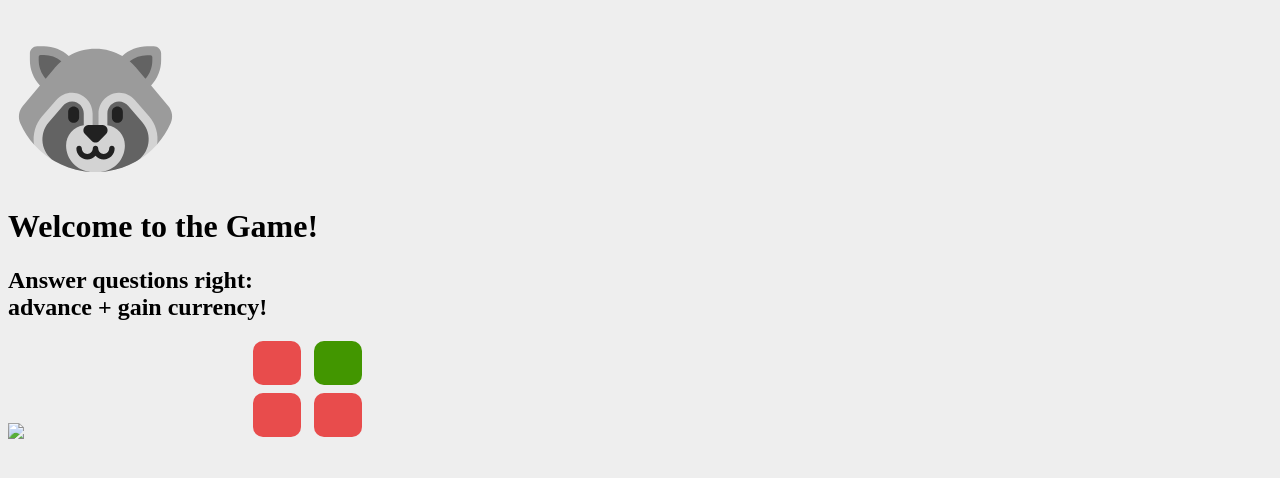
Repository: alemunden/Trash-Scavengers
Page: /QuizTutorial
The author's editor kept a copy of each file at every save. The page is drawn from the files as they stood at one save, then again after the next save.
The browser window is 1280 px wide. The pictures show the whole page.
The project was rebuilt for these pictures with package versions that can differ from the ones it lists, and the page was loaded fresh each time. The framework's server and built-in components were replaced by stand-ins that run in the browser. Also part of the build but not shown: next.config.mjs, styles/QuizTutorial.module.css.

Above is the page before, as saved 2024-04-08 10:57:48.
Not found: fishbone.svg

### pages/QuizTutorial.js
import styles from '@/styles/QuizTutorial.module.css'
import Image from 'next/image'

export default function QuizTutorial() {
    return(
        <>
            <div>
                <Image src={'/scrappy.svg'} width={175} height={175} alt='A vector cartoon drawing of a raccoon head.'/>
                <h1>Welcome to the Game!</h1>
            </div>
            <div>
                <h2>Answer questions right:<br/>advance + gain currency!</h2>
                <div>
                    <Image src={'/fishbone.svg'} width={53} height={53} alt='A vector drawing of a fish skeleton.'/>
                    <Image src={'/sqaurescorrect.svg'} width={109} height={96} alt='Four red squares displayed in rows of two. The top-right square is green instead of red.'/>
                </div>
            </div>
        </>
    )
}

### styles/globals.css
:root {
    --white: #eee;
    --black: #000;
    --light-green: #B4E88C;
    --light-blue: #9EBAE5;
    --light-gray: #c5c5c5;
    --light-yellow: #F3CD70;
    --medium-green: #429600;
    --gold: #ED9F26;

}

html, body {
    overflow-x: hidden;
    background-color: var(--white);
  }

main {
    padding: 1rem;
  }

li {
    list-style-type: none;
    cursor: pointer;
    margin: 1rem;
    width: 100%;
    padding: 0.5rem;
    color: #000105;
    background-color: var(--light-blue);
    border-radius: 1rem;
    border-bottom: 6px solid #7893bb;
    font-family: "Righteous", sans-serif;
    text-align: center;
    font-size: 1.5rem;
  }

.liHover:hover {
    background-color: #7893bb;
    columns: #fff;
}

.liSelected {
    color: #fff;
    background-color: #000925;
}

Loaded but not shown: pages/_app.js (common file); pages/_document.js (common file); pages/api/hello.js (common file)

After the next save:
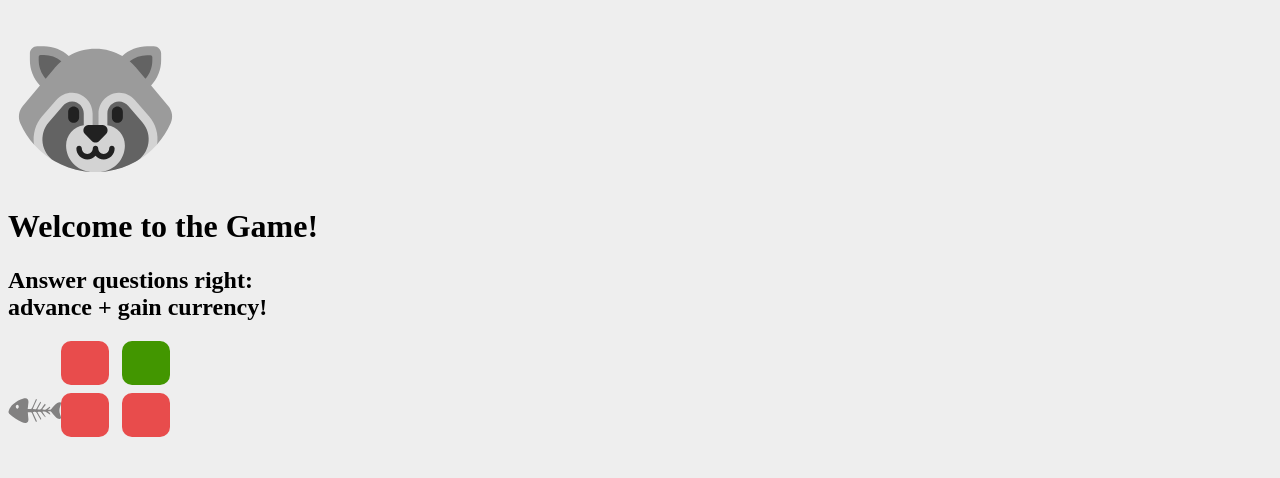
Saved 30 s later.
--- a/pages/QuizTutorial.js
+++ b/pages/QuizTutorial.js
@@ -11,8 +11,9 @@ export default function QuizTutorial() {
             <div>
                 <h2>Answer questions right:<br/>advance + gain currency!</h2>
                 <div>
-                    <Image src={'/fishbone.svg'} width={53} height={53} alt='A vector drawing of a fish skeleton.'/>
+                    <Image src={'/fishbonegreyleft.svg'} width={53} height={53} alt='A vector drawing of a fish skeleton.'/>
                     <Image src={'/sqaurescorrect.svg'} width={109} height={96} alt='Four red squares displayed in rows of two. The top-right square is green instead of red.'/>
+
                 </div>
             </div>
         </>
